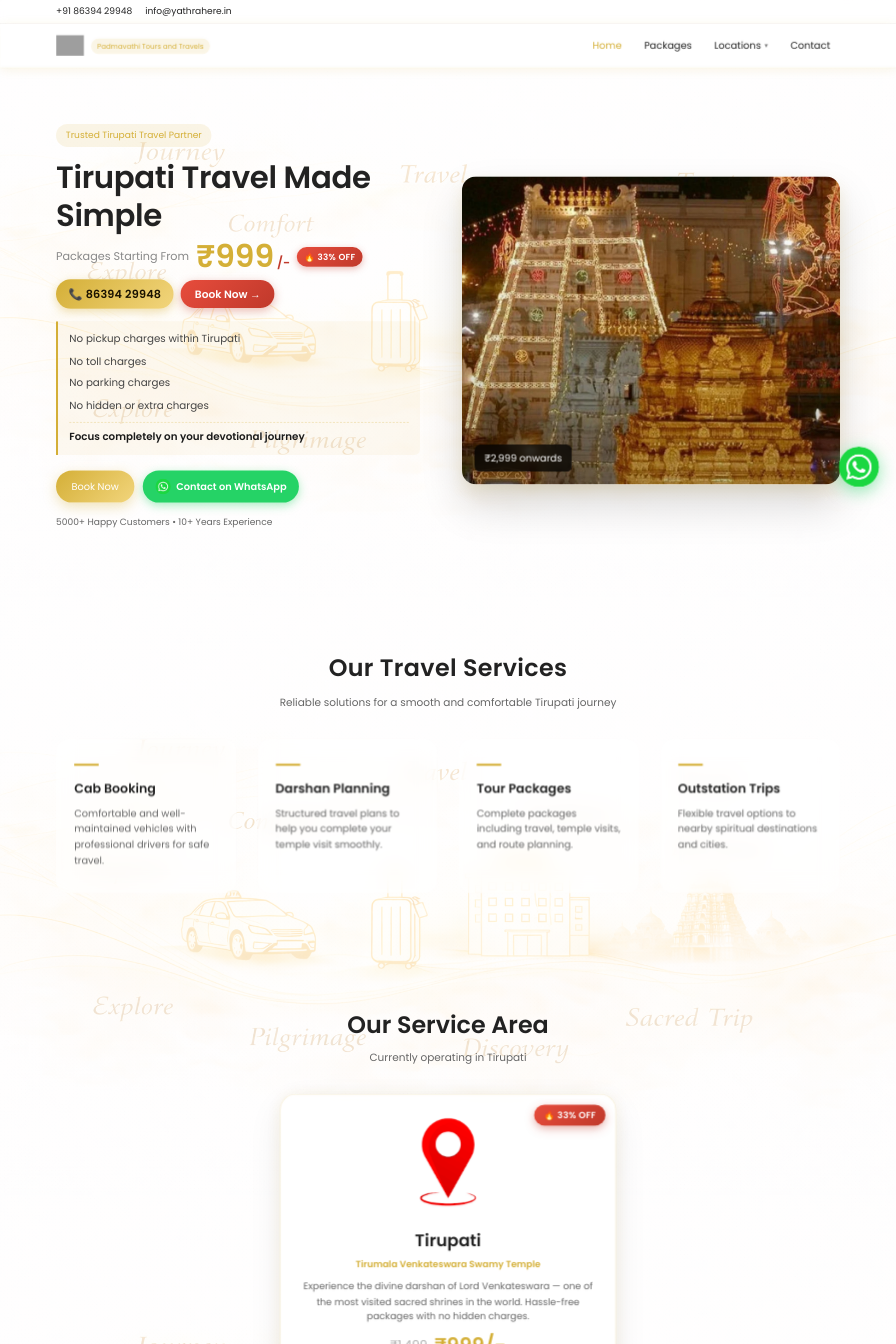
Repository: heytirupati/Bookingweb
Page: index.html
These files come from the project's save history. The page is drawn as it stood at one moment and after the next save; the edit follows.
The browser window is 1280 px wide. The pictures show the part of the page from y = 0 to 1920 px (the page is 5338 px tall), at 70% of full size.
Pictures or frames that could not be fetched are drawn as grey boxes. Backgrounds fixed to the window are drawn as part of the page.

Above is the page before, as saved 2026-05-01 00:42:25.

After the next save:
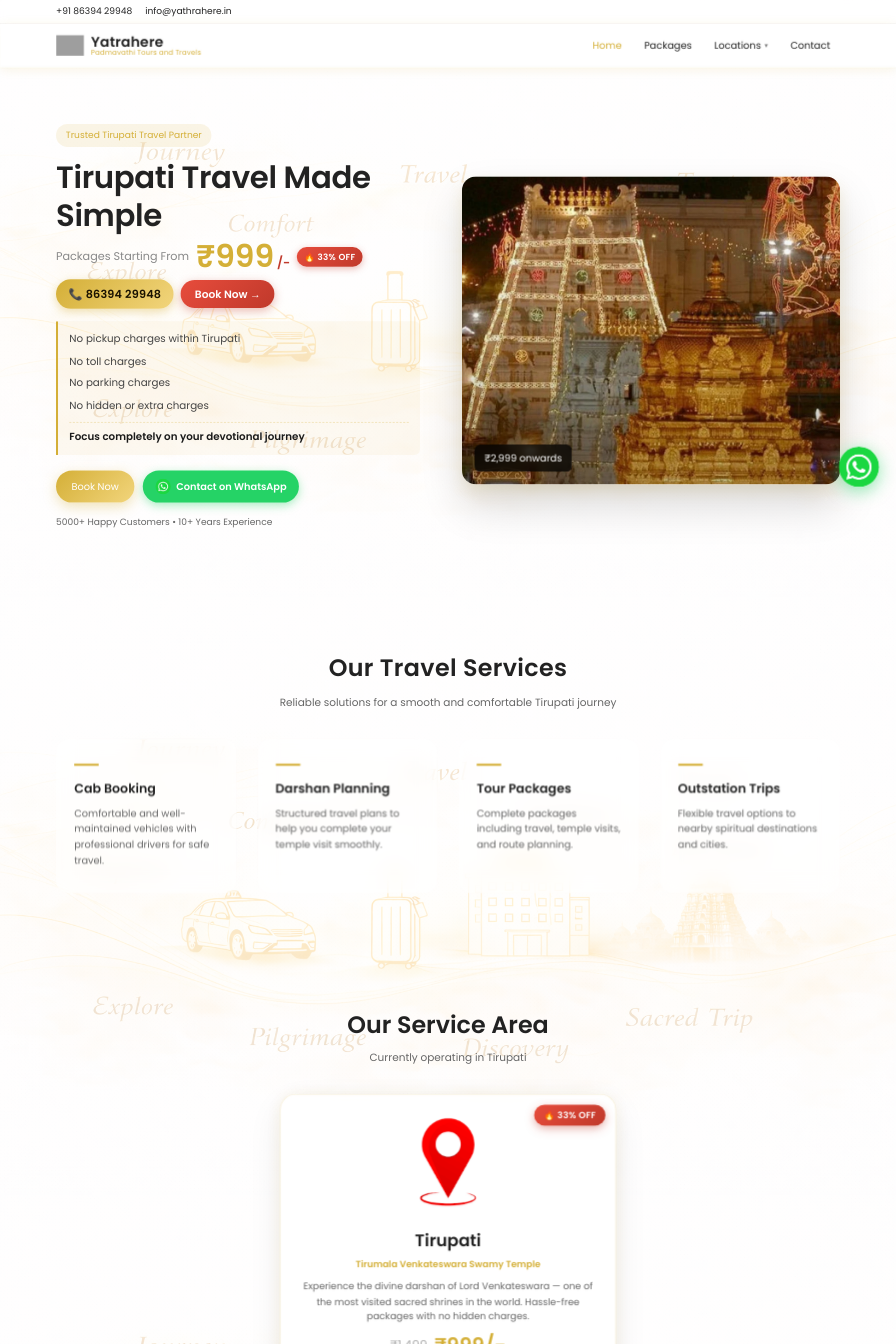
Saved 11 s later.
--- a/index.html
+++ b/index.html
@@ -30,8 +30,8 @@
             <a href="index.html" class="logo-link">
                 <img src="images/YHL.png" alt="Yatrahere Logo" class="logo-img">
                 <div class="logo-text-block">
-                    <h2>Yatrahere</h2>
-                    <div class="hero-badge nav-badge">Padmavathi Tours and Travels</div>
+                    <span class="logo-name">Yatrahere</span>
+                    <span class="logo-sub">Padmavathi Tours and Travels</span>
                 </div>
             </a>
         </div>
